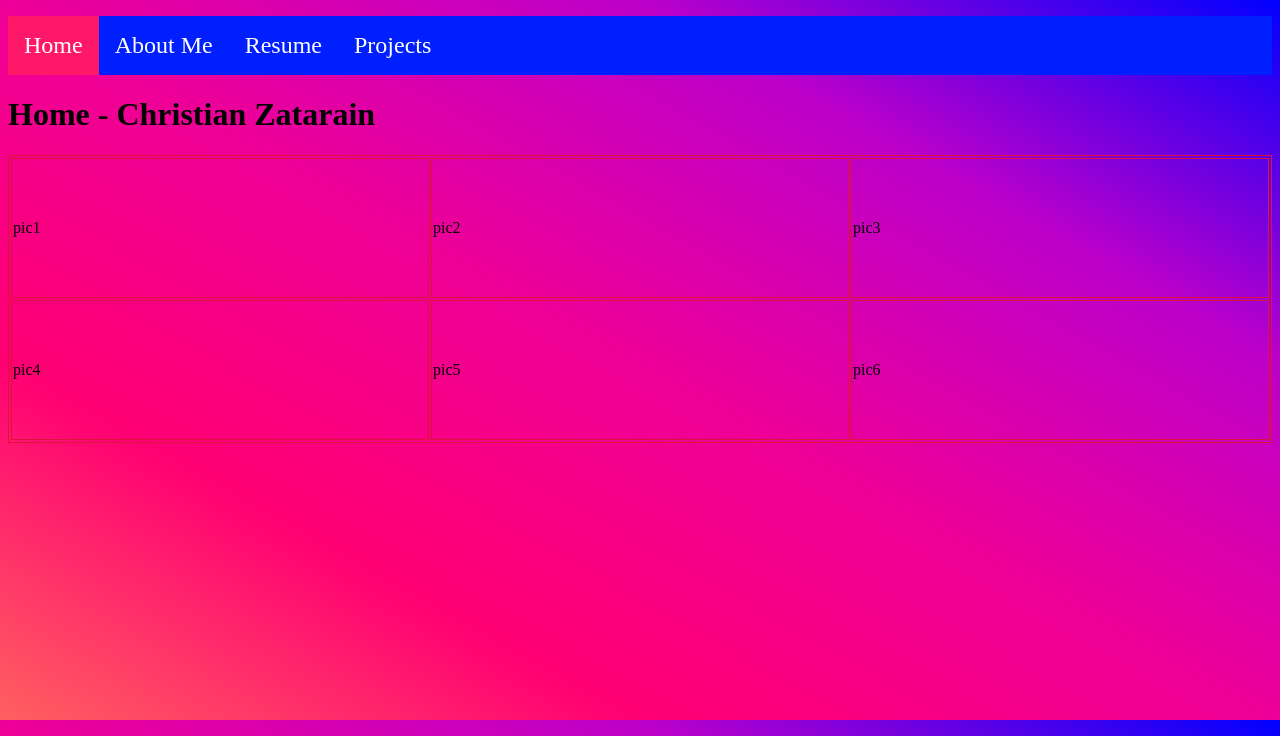
Repository: Zatarain10/Zatarain10.github.io
Page: index.html
The author's editor kept a record of every edit. The page is drawn from the files as they stood at one moment, then again after the next edit.
The browser window is 1280 px wide. The pictures show the whole page.

Above is the page before.

After the next edit:
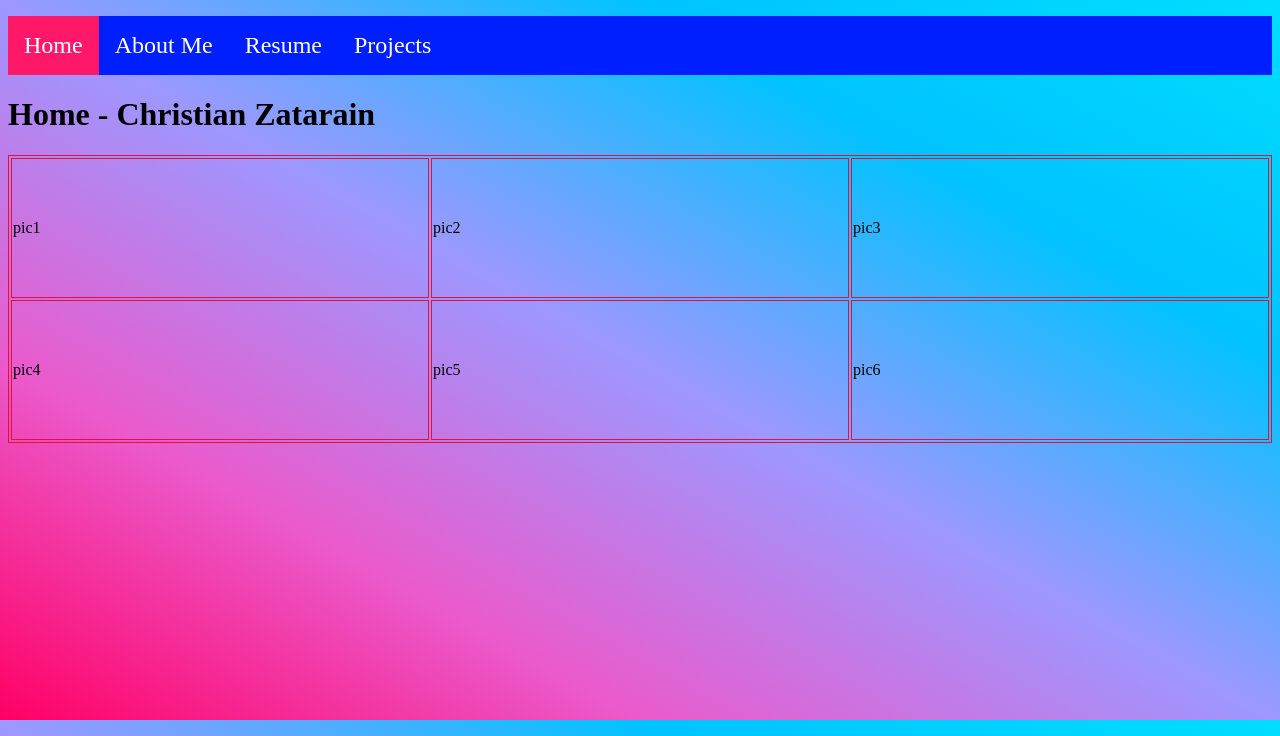
The edit:
--- a/style.css
+++ b/style.css
@@ -50,5 +50,5 @@
             height: 100%;
             background-repeat: no-repeat;
             background-attachment: fixed;
-            background: linear-gradient(to right top, #ff6060, #ff0073, #ee0098, #bc00ca, #0000ff);
+            background: linear-gradient(to right top, #ff0064, #eb5acc, #9c98ff, #00c3ff, #00deff);
         }
